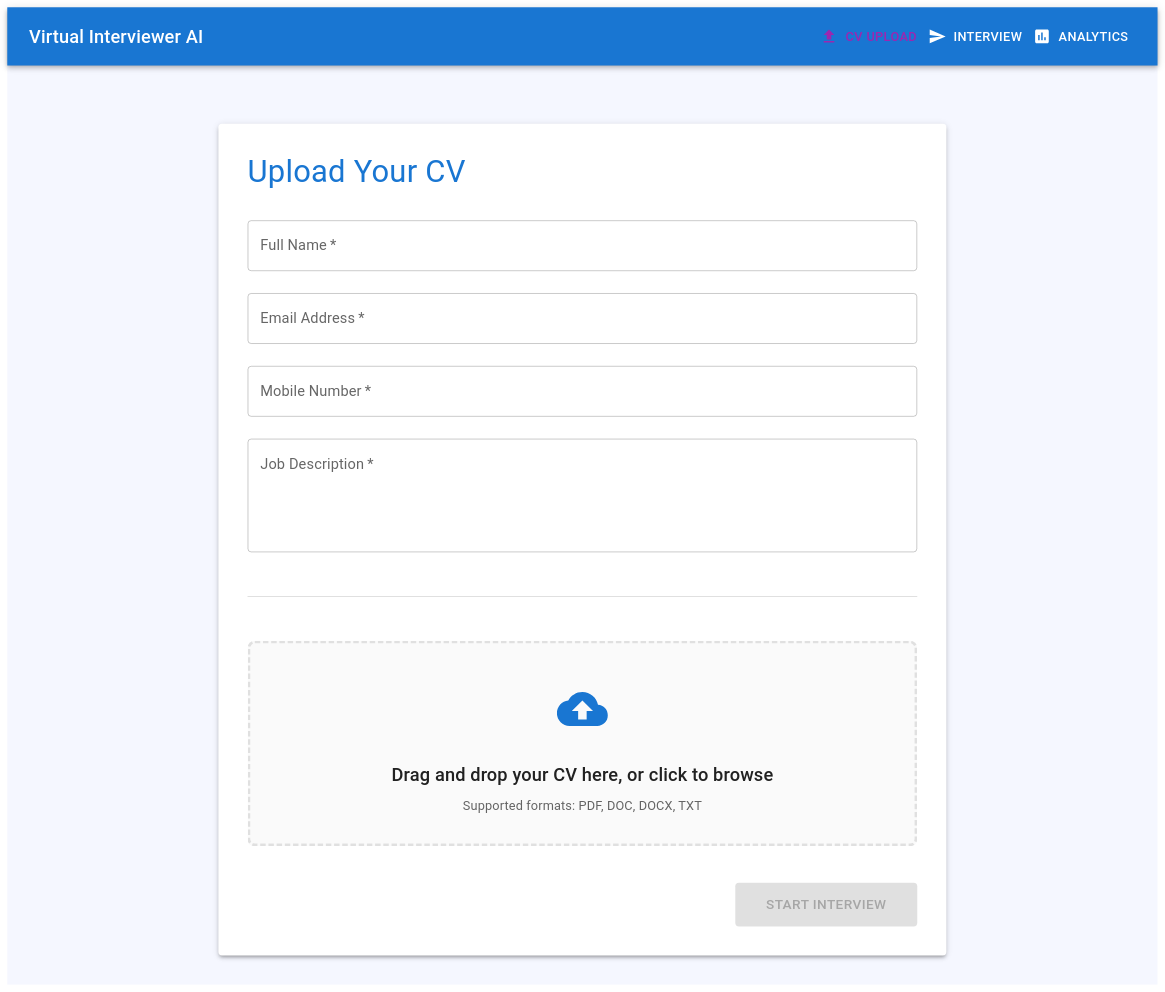
Repository: akshaymehare00/hackathonConAi
Page: /
These files come from the project's save history. The page is drawn as it stood at one moment and after the next save; the edit follows.
The browser window is 1280 px wide. The pictures show the whole page, at 91% of full size.
The project was rebuilt for these pictures with package versions that can differ from the ones it lists, and the page was loaded fresh each time. Also part of the build but not shown: vite.config.js, src/Components/Analytics.jsx, src/Components/Interview.jsx.

Above is the page before, as saved 2025-01-19 02:42:28.

### index.html
<!doctype html>
<html lang="en">
  <head>
    <meta charset="UTF-8" />
    <link rel="icon" type="image/svg+xml" href="/horizon.png" />
    <meta name="viewport" content="width=device-width, initial-scale=1.0" />
    <title>Conversational Ai</title>
  </head>
  <body>
    <div id="root"></div>
    <script type="module" src="/src/main.jsx"></script>
  </body>
</html>

### src/index.css
:root {
  font-family: Inter, system-ui, Avenir, Helvetica, Arial, sans-serif;
  line-height: 1.5;
  font-weight: 400;

  color-scheme: light dark;
  color: rgba(255, 255, 255, 0.87);
  background-color: #242424;

  font-synthesis: none;
  text-rendering: optimizeLegibility;
  -webkit-font-smoothing: antialiased;
  -moz-osx-font-smoothing: grayscale;
}

a {
  font-weight: 500;
  color: #646cff;
  text-decoration: inherit;
}
a:hover {
  color: #535bf2;
}

body {
  /* margin: 0;
  display: flex;
  place-items: center;
  min-width: 320px;
  min-height: 100vh; */
}

h1 {
  font-size: 3.2em;
  line-height: 1.1;
}

button {
  border-radius: 8px;
  border: 1px solid transparent;
  padding: 0.6em 1.2em;
  font-size: 1em;
  font-weight: 500;
  font-family: inherit;
  background-color: #1a1a1a;
  cursor: pointer;
  transition: border-color 0.25s;
}
button:hover {
  border-color: #646cff;
}
button:focus,
button:focus-visible {
  outline: 4px auto -webkit-focus-ring-color;
}

@media (prefers-color-scheme: light) {
  :root {
    color: #213547;
    background-color: #ffffff;
  }
  a:hover {
    color: #747bff;
  }
  button {
    background-color: #f9f9f9;
  }
}

### src/App.jsx
import { useState } from 'react';
import { AppBar, Toolbar, Typography, Button, Container, Box } from '@mui/material';
import { Upload, Send, Assessment } from '@mui/icons-material';
import Analytics from './Components/Analytics';
import EnhancedCVUpload from './Components/CVUpload';
import Interview from './Components/Interview';

function App() {
  const [step, setStep] = useState('upload');
  const [cvData, setCvData] = useState('');

  return (
    <Box sx={{ minHeight: '100vh', bgcolor: '#f5f7ff' }}>
      <AppBar position="static">
        <Toolbar>
          <Typography variant="h6" component="div" sx={{ flexGrow: 1 }}>
            Virtual Interviewer AI
          </Typography>
          <Button
            color={step === 'upload' ? 'secondary' : 'inherit'}
            startIcon={<Upload />}
            onClick={() => setStep('upload')}
          >
            CV Upload
          </Button>
          <Button
            color={step === 'interview' ? 'secondary' : 'inherit'}
            startIcon={<Send />}
            onClick={() => setStep('interview')}
          >
            Interview
          </Button>
          <Button
            color={step === 'analytics' ? 'secondary' : 'inherit'}
            startIcon={<Assessment />}
            onClick={() => setStep('analytics')}
          >
            Analytics
          </Button>
        </Toolbar>
      </AppBar>

      <Container sx={{ py: 4 }}>
        {step === 'upload' && <EnhancedCVUpload onUpload={setCvData} onComplete={() => setStep('interview')} />}
        {step === 'interview' && <Interview cvData={cvData} onComplete={() => setStep('analytics')} />}
        {step === 'analytics' && <Analytics />}
      </Container>
    </Box>
  );
}

export default App;

### src/Components/CVUpload.jsx
import React, { useState } from 'react';
import {
  Paper,
  Typography,
  Box,
  Button,
  IconButton,
  TextField,
  Stack,
  Divider,
  Alert,
  Grid
} from '@mui/material';
import { CloudUpload, Description } from '@mui/icons-material';

function EnhancedCVUpload({ onUpload, onComplete }) {
  const [isDragging, setIsDragging] = useState(false);
  const [file, setFile] = useState(null);
  const [formData, setFormData] = useState({
    fullName: '',
    email: '',
    mobile: '',
    jd:''
  });
  const [showSuccess, setShowSuccess] = useState(false);

  const handleDrop = (e) => {
    e.preventDefault();
    setIsDragging(false);
    const droppedFile = e.dataTransfer.files[0];
    if (droppedFile) {
      handleFile(droppedFile);
    }
  };

  const handleFile = async (file) => {
    setFile(file);
    // Read file content and pass it to parent component
    const text = await file.text();
    onUpload(text);
  };

  const handleInputChange = (e) => {
    setFormData({
      ...formData,
      [e.target.name]: e.target.value
    });
  };

  const handleSubmit = async () => {
    if (!file) {
      console.error("No file selected");
      return;
    }

    const formDataToSend = new FormData();
    formDataToSend.append('full_name', formData.fullName);
    formDataToSend.append('email', formData.email);
    formDataToSend.append('phone_number', formData.mobile);
    formDataToSend.append('cv_document', file);
    formDataToSend.append('jd', formData.jd);

    try {
      const response = await fetch('http://13.127.144.141:3004/api/candidates/add-candidate/', {
        method: 'POST',
        body: formDataToSend,
      });
      console.log("🚀 ~ handleSubmit ~ response:", response.data)

      if (response.ok) {

        const result = await response.json();
        console.log('API Response:', result);
        localStorage.setItem('cvResponse', JSON.stringify(result.data));

        // Show success message
        setShowSuccess(true);

        // Navigate after success
        setTimeout(() => {
          onComplete();
        }, 1500);
      } else {
        const error = await response.json();
        console.error('Error:', error);
      }
    } catch (err) {
      console.error('Network Error:', err);
    }
  };


  return (
    <Box sx={{ maxWidth: 800, mx: 'auto', mt: 4, px: 2 }}>
      <Paper elevation={3} sx={{ p: 4 }}>
        <Typography variant="h4" gutterBottom color="primary" sx={{ mb: 4 }}>
          Upload Your CV
        </Typography>

        <Grid container spacing={3}>
          <Grid item xs={12}>
            <Stack spacing={3}>
              <TextField
                fullWidth
                label="Full Name"
                name="fullName"
                value={formData.fullName}
                onChange={handleInputChange}
                variant="outlined"
                required
              />
              <TextField
                fullWidth
                label="Email Address"
                name="email"
                type="email"
                value={formData.email}
                onChange={handleInputChange}
                variant="outlined"
                required
              />
              <TextField
                fullWidth
                label="Mobile Number"
                name="mobile"
                value={formData.mobile}
                onChange={handleInputChange}
                variant="outlined"
                required
              />
              <TextField
                fullWidth
                label="Job Description"
                name="jd"
                multiline
                rows={4}

                value={formData.jd}
                onChange={handleInputChange}
                variant="outlined"
                required
              />
            </Stack>
          </Grid>

          <Grid item xs={12}>
            <Divider sx={{ my: 3 }} />
          </Grid>

          <Grid item xs={12}>
            <Box
              sx={{
                border: 3,
                borderRadius: 2,
                borderStyle: 'dashed',
                borderColor: isDragging ? 'primary.main' : 'grey.300',
                bgcolor: isDragging ? 'primary.50' : 'grey.50',
                p: 4,
                textAlign: 'center',
                transition: 'all 0.2s ease',
                cursor: 'pointer'
              }}
              onDragOver={(e) => {
                e.preventDefault();
                setIsDragging(true);
              }}
              onDragLeave={() => setIsDragging(false)}
              onDrop={handleDrop}
            >
              <IconButton
                size="large"
                color="primary"
                component="label"
                sx={{ mb: 2 }}
              >
                <input
                  hidden
                  type="file"
                  accept=".pdf,.doc,.docx,.txt"
                  onChange={(e) => {
                    const file = e.target.files?.[0];
                    if (file) handleFile(file);
                  }}
                />
                <CloudUpload sx={{ fontSize: 56 }} />
              </IconButton>
              <Typography variant="h6" sx={{ mb: 1 }}>
                Drag and drop your CV here, or click to browse
              </Typography>
              <Typography variant="body2" color="text.secondary">
                Supported formats: PDF, DOC, DOCX, TXT
              </Typography>
            </Box>
          </Grid>

          {file && (
            <Grid item xs={12}>
              <Paper
                variant="outlined"
                sx={{
                  p: 2,
                  bgcolor: 'primary.50',
                  display: 'flex',
                  alignItems: 'center',
                  gap: 2
                }}
              >
                <Description color="primary" />
                <Typography sx={{ flex: 1 }}>{file.name}</Typography>
              </Paper>
            </Grid>
          )}

          <Grid item xs={12}>
            <Box sx={{ display: 'flex', justifyContent: 'flex-end', mt: 2 }}>
              <Button
                variant="contained"
                size="large"
                onClick={handleSubmit}
                disabled={!file || !formData.fullName || !formData.email || !formData.mobile}
                sx={{
                  minWidth: 200,
                  height: 48
                }}
              >
                Start Interview
              </Button>
            </Box>
          </Grid>
        </Grid>

        {showSuccess && (
          <Alert
            severity="success"
            sx={{ mt: 2 }}
          >
            CV uploaded successfully! Starting interview...
          </Alert>
        )}
      </Paper>
    </Box>
  );
}

export default EnhancedCVUpload;

Loaded but not shown: src/main.jsx (common file)

After the next save:
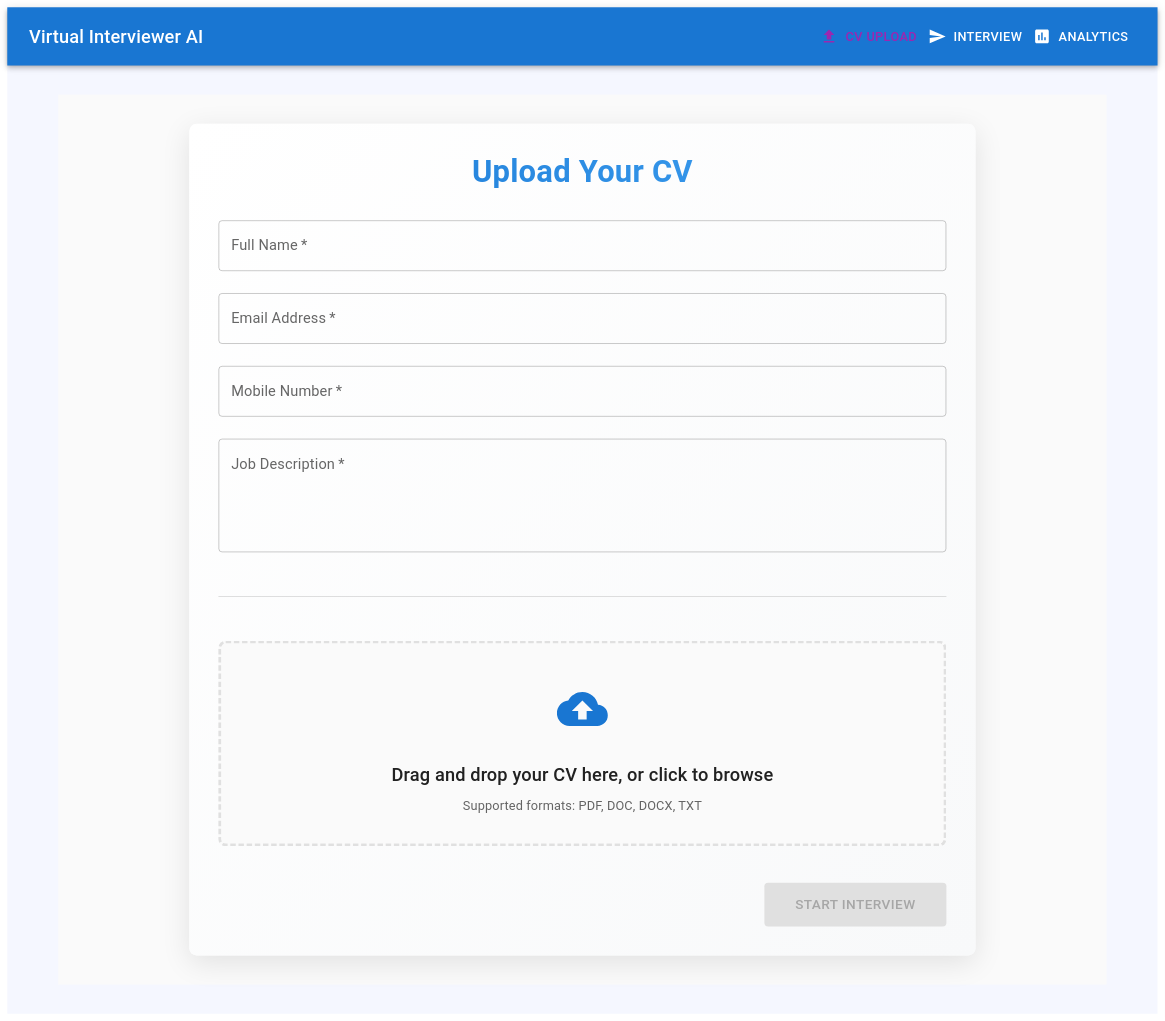
Saved 25 min 39 s later.
--- a/src/Components/CVUpload.jsx
+++ b/src/Components/CVUpload.jsx
@@ -9,18 +9,20 @@ import {
   Stack,
   Divider,
   Alert,
-  Grid
+  Grid,
+  useTheme
 } from '@mui/material';
 import { CloudUpload, Description } from '@mui/icons-material';
 
 function EnhancedCVUpload({ onUpload, onComplete }) {
+  const theme = useTheme();
   const [isDragging, setIsDragging] = useState(false);
   const [file, setFile] = useState(null);
   const [formData, setFormData] = useState({
     fullName: '',
     email: '',
     mobile: '',
-    jd:''
+    jd: ''
   });
   const [showSuccess, setShowSuccess] = useState(false);
 
@@ -35,7 +37,6 @@ function EnhancedCVUpload({ onUpload, onComplete }) {
 
   const handleFile = async (file) => {
     setFile(file);
-    // Read file content and pass it to parent component
     const text = await file.text();
     onUpload(text);
   };
@@ -65,18 +66,11 @@ function EnhancedCVUpload({ onUpload, onComplete }) {
         method: 'POST',
         body: formDataToSend,
       });
-      console.log("🚀 ~ handleSubmit ~ response:", response.data)
 
       if (response.ok) {
-
         const result = await response.json();
-        console.log('API Response:', result);
         localStorage.setItem('cvResponse', JSON.stringify(result.data));
-
-        // Show success message
         setShowSuccess(true);
-
-        // Navigate after success
         setTimeout(() => {
           onComplete();
         }, 1500);
@@ -89,11 +83,42 @@ function EnhancedCVUpload({ onUpload, onComplete }) {
     }
   };
 
-
   return (
-    <Box sx={{ maxWidth: 800, mx: 'auto', mt: 4, px: 2 }}>
-      <Paper elevation={3} sx={{ p: 4 }}>
-        <Typography variant="h4" gutterBottom color="primary" sx={{ mb: 4 }}>
+    <Box
+      sx={{
+        minHeight: '100vh',
+        display: 'flex',
+        alignItems: 'center',
+        justifyContent: 'center',
+        backgroundColor: theme.palette.grey[50],
+        py: 4
+      }}
+    >
+      <Paper
+        elevation={6}
+        sx={{
+          width: '100%',
+          maxWidth: 800,
+          mx: 2,
+          p: { xs: 2, sm: 4 },
+          background: 'linear-gradient(to bottom right, #ffffff, #f8f9fa)',
+          borderRadius: 2,
+          boxShadow: '0 8px 32px rgba(0,0,0,0.1)'
+        }}
+      >
+        <Typography
+          variant="h4"
+          gutterBottom
+          sx={{
+            mb: 4,
+            color: theme.palette.primary.main,
+            textAlign: 'center',
+            fontWeight: 600,
+            background: 'linear-gradient(45deg, #1976d2, #42a5f5)',
+            WebkitBackgroundClip: 'text',
+            WebkitTextFillColor: 'transparent'
+          }}
+        >
           Upload Your CV
         </Typography>
 
@@ -108,6 +133,13 @@ function EnhancedCVUpload({ onUpload, onComplete }) {
                 onChange={handleInputChange}
                 variant="outlined"
                 required
+                sx={{
+                  '& .MuiOutlinedInput-root': {
+                    '&:hover fieldset': {
+                      borderColor: theme.palette.primary.main,
+                    },
+                  },
+                }}
               />
               <TextField
                 fullWidth
@@ -118,6 +150,13 @@ function EnhancedCVUpload({ onUpload, onComplete }) {
                 onChange={handleInputChange}
                 variant="outlined"
                 required
+                sx={{
+                  '& .MuiOutlinedInput-root': {
+                    '&:hover fieldset': {
+                      borderColor: theme.palette.primary.main,
+                    },
+                  },
+                }}
               />
               <TextField
                 fullWidth
@@ -127,6 +166,13 @@ function EnhancedCVUpload({ onUpload, onComplete }) {
                 onChange={handleInputChange}
                 variant="outlined"
                 required
+                sx={{
+                  '& .MuiOutlinedInput-root': {
+                    '&:hover fieldset': {
+                      borderColor: theme.palette.primary.main,
+                    },
+                  },
+                }}
               />
               <TextField
                 fullWidth
@@ -134,11 +180,17 @@ function EnhancedCVUpload({ onUpload, onComplete }) {
                 name="jd"
                 multiline
                 rows={4}
-
                 value={formData.jd}
                 onChange={handleInputChange}
                 variant="outlined"
                 required
+                sx={{
+                  '& .MuiOutlinedInput-root': {
+                    '&:hover fieldset': {
+                      borderColor: theme.palette.primary.main,
+                    },
+                  },
+                }}
               />
             </Stack>
           </Grid>
@@ -157,8 +209,12 @@ function EnhancedCVUpload({ onUpload, onComplete }) {
                 bgcolor: isDragging ? 'primary.50' : 'grey.50',
                 p: 4,
                 textAlign: 'center',
-                transition: 'all 0.2s ease',
-                cursor: 'pointer'
+                transition: 'all 0.3s ease',
+                cursor: 'pointer',
+                '&:hover': {
+                  borderColor: 'primary.main',
+                  bgcolor: 'primary.50',
+                }
               }}
               onDragOver={(e) => {
                 e.preventDefault();
@@ -171,7 +227,12 @@ function EnhancedCVUpload({ onUpload, onComplete }) {
                 size="large"
                 color="primary"
                 component="label"
-                sx={{ mb: 2 }}
+                sx={{
+                  mb: 2,
+                  '&:hover': {
+                    backgroundColor: 'primary.light',
+                  }
+                }}
               >
                 <input
                   hidden
@@ -184,7 +245,7 @@ function EnhancedCVUpload({ onUpload, onComplete }) {
                 />
                 <CloudUpload sx={{ fontSize: 56 }} />
               </IconButton>
-              <Typography variant="h6" sx={{ mb: 1 }}>
+              <Typography variant="h6" sx={{ mb: 1, color: 'text.primary' }}>
                 Drag and drop your CV here, or click to browse
               </Typography>
               <Typography variant="body2" color="text.secondary">
@@ -202,7 +263,8 @@ function EnhancedCVUpload({ onUpload, onComplete }) {
                   bgcolor: 'primary.50',
                   display: 'flex',
                   alignItems: 'center',
-                  gap: 2
+                  gap: 2,
+                  borderRadius: 1
                 }}
               >
                 <Description color="primary" />
@@ -220,7 +282,14 @@ function EnhancedCVUpload({ onUpload, onComplete }) {
                 disabled={!file || !formData.fullName || !formData.email || !formData.mobile}
                 sx={{
                   minWidth: 200,
-                  height: 48
+                  height: 48,
+                  background: 'linear-gradient(45deg, #1976d2, #42a5f5)',
+                  '&:hover': {
+                    background: 'linear-gradient(45deg, #1565c0, #1976d2)',
+                  },
+                  '&:disabled': {
+                    background: theme.palette.grey[300],
+                  }
                 }}
               >
                 Start Interview
@@ -232,7 +301,10 @@ function EnhancedCVUpload({ onUpload, onComplete }) {
         {showSuccess && (
           <Alert
             severity="success"
-            sx={{ mt: 2 }}
+            sx={{
+              mt: 2,
+              borderRadius: 1
+            }}
           >
             CV uploaded successfully! Starting interview...
           </Alert>
